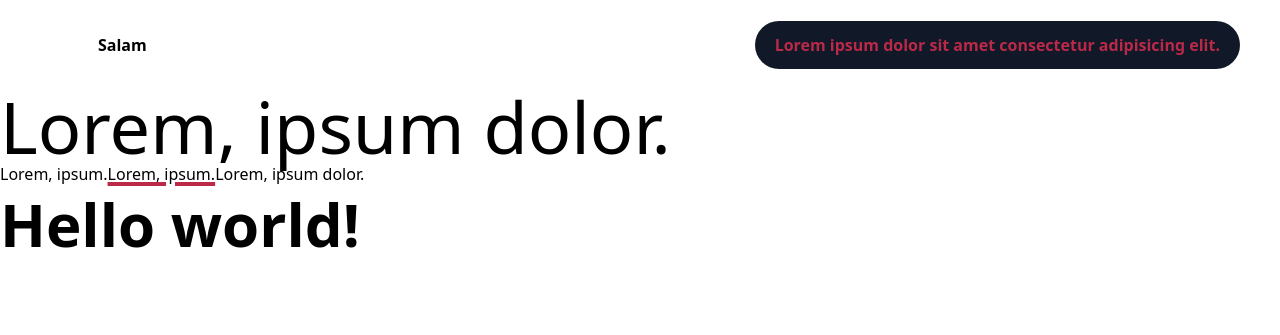
Repository: khaled-m1/Blog-Next.js
Page: /
An editor plug-in stored every save of this project. The page is shown before and after a run of saves, followed by the edit.
The browser window is 1280 px wide. The pictures show the whole page.
The project was rebuilt for these pictures with package versions that can differ from the ones it lists, and the page was loaded fresh each time. The framework's server and built-in components were replaced by stand-ins that run in the browser. Also part of the build but not shown: next.config.js.

Above is the page before, as saved 2023-01-15 23:46:18.

### app/layout.tsx
import "../styles/globals.css";

export default function RootLayout({
  children,
}: {
  children: React.ReactNode;
}) {
  return (
    <html>
      <body>{children}</body>
    </html>
  );
}

### app/(user)/layout.tsx
import { Bannar } from "../../components/Bannar";
import Header from "../../components/Header";
import "../../styles/globals.css";

export default function RootLayout({
  children,
}: {
  children: React.ReactNode;
}) {
  return (
    <html>
      <body>
        <Header />
        <Bannar />
        {children}
      </body>
    </html>
  );
}

### app/(user)/page.tsx
export default function HomePage() {
  return <h1 className="text-6xl  font-bold ">Hello world!</h1>;
}

### styles/globals.css
:root {
  --max-width: 1100px;
  --border-radius: 12px;
  --font-mono: ui-monospace, Menlo, Monaco, "Cascadia Mono", "Segoe UI Mono",
    "Roboto Mono", "Oxygen Mono", "Ubuntu Monospace", "Source Code Pro",
    "Fira Mono", "Droid Sans Mono", "Courier New", monospace;

  --foreground-rgb: 0, 0, 0;
  --background-start-rgb: 214, 219, 220;
  --background-end-rgb: 255, 255, 255;

  --primary-glow: conic-gradient(
    from 180deg at 50% 50%,
    #16abff33 0deg,
    #0885ff33 55deg,
    #54d6ff33 120deg,
    #0071ff33 160deg,
    transparent 360deg
  );
  --secondary-glow: radial-gradient(
    rgba(255, 255, 255, 1),
    rgba(255, 255, 255, 0)
  );

  --tile-start-rgb: 239, 245, 249;
  --tile-end-rgb: 228, 232, 233;
  --tile-border: conic-gradient(
    #00000080,
    #00000040,
    #00000030,
    #00000020,
    #00000010,
    #00000010,
    #00000080
  );

  --callout-rgb: 238, 240, 241;
  --callout-border-rgb: 172, 175, 176;
  --card-rgb: 180, 185, 188;
  --card-border-rgb: 131, 134, 135;
}

@media (prefers-color-scheme: dark) {
  :root {
    --foreground-rgb: 255, 255, 255;
    --background-start-rgb: 0, 0, 0;
    --background-end-rgb: 0, 0, 0;

    --primary-glow: radial-gradient(rgba(1, 65, 255, 0.4), rgba(1, 65, 255, 0));
    --secondary-glow: linear-gradient(
      to bottom right,
      rgba(1, 65, 255, 0),
      rgba(1, 65, 255, 0),
      rgba(1, 65, 255, 0.3)
    );

    --tile-start-rgb: 2, 13, 46;
    --tile-end-rgb: 2, 5, 19;
    --tile-border: conic-gradient(
      #ffffff80,
      #ffffff40,
      #ffffff30,
      #ffffff20,
      #ffffff10,
      #ffffff10,
      #ffffff80
    );

    --callout-rgb: 20, 20, 20;
    --callout-border-rgb: 108, 108, 108;
    --card-rgb: 100, 100, 100;
    --card-border-rgb: 200, 200, 200;
  }
}
* {
  box-sizing: border-box;
  padding: 0;
  margin: 0;
}

html,
body {
  max-width: 100vw;
  overflow-x: hidden;
}

/* body {
  color: rgb(var(--foreground-rgb));
  background: linear-gradient(
      to bottom,
      transparent,
      rgb(var(--background-end-rgb))
    )
    rgb(var(--background-start-rgb));
} */

a {
  color: inherit;
  text-decoration: none;
}

@media (prefers-color-scheme: dark) {
  html {
    color-scheme: dark;
  }
}

@tailwind base;
@tailwind components;
@tailwind utilities;

### components/Bannar.tsx
import React from "react";

export const Bannar = () => {
  return (
    <div>
      <div>
        <h1 className="text-7xl">Lorem, ipsum dolor.</h1>
        <h2 className="mt-5 md:mt-0">
          Lorem, ipsum.
          <span className="underline decoration-4 decoration-[#BA2948]">
            Lorem, ipsum.
          </span>
          Lorem, ipsum dolor.
        </h2>
      </div>
      <p className="mt-5 md:mt-2 text-gray-400 max-w-sm"></p>
    </div>
  );
};

### components/Header.tsx
import Image from "next/image";
import Link from "next/link";
import Logo from "../img/LOGO2.png";
import {
  BoltIcon,
  DevicePhoneMobileIcon,
  GlobeAltIcon,
  ScaleIcon,
} from "@heroicons/react/24/outline";
const Header = () => {
  const features = [
    {
      name: "Competitive exchange rates",
      description:
        "Lorem ipsum, dolor sit amet consectetur adipisicing elit. Maiores impedit perferendis suscipit eaque, iste dolor cupiditate blanditiis ratione.",
      icon: GlobeAltIcon,
    },
    {
      name: "No hidden fees",
      description:
        "Lorem ipsum, dolor sit amet consectetur adipisicing elit. Maiores impedit perferendis suscipit eaque, iste dolor cupiditate blanditiis ratione.",
      icon: ScaleIcon,
    },
    {
      name: "Transfers are instant",
      description:
        "Lorem ipsum, dolor sit amet consectetur adipisicing elit. Maiores impedit perferendis suscipit eaque, iste dolor cupiditate blanditiis ratione.",
      icon: BoltIcon,
    },
    {
      name: "Mobile notifications",
      description:
        "Lorem ipsum, dolor sit amet consectetur adipisicing elit. Maiores impedit perferendis suscipit eaque, iste dolor cupiditate blanditiis ratione.",
      icon: DevicePhoneMobileIcon,
    },
  ];
  return (
    <div className="flex items-center justify-between space-x-2 font-bold px-10 py-5">
      <div className="flex items-center space-x-2">
        <Link href="/">
          <Image
            className="rounded-full"
            src={Logo}
            width={50}
            height={50}
            alt="logo"
          />
        </Link>
        <h1>Salam</h1>
      </div>
      {/* 2 */}
      <div>
      <Link href="/" className="px-5 py-3 text-sm md:text-base bg-gray-900 text-[#BA2948] flex items-center rounded-full text-center">
          Lorem ipsum dolor sit amet consectetur adipisicing elit.
        </Link>
      </div>
    </div>
  );
};

export default Header;

Loaded but not shown: tailwind.config.js (common file)

After the next 2 saves:
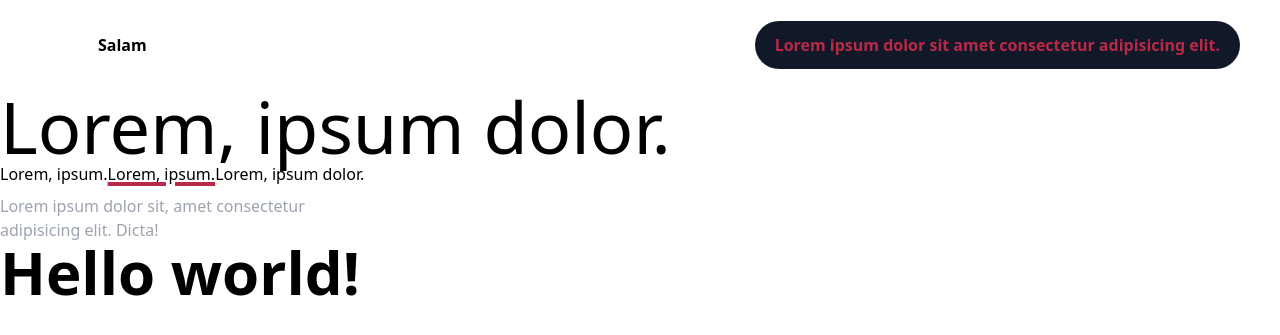
The 2 saves are shown as one change because they came seconds apart.
The last was saved 7 s later.
--- a/components/Bannar.tsx
+++ b/components/Bannar.tsx
@@ -13,7 +13,9 @@ export const Bannar = () => {
           Lorem, ipsum dolor.
         </h2>
       </div>
-      <p className="mt-5 md:mt-2 text-gray-400 max-w-sm"></p>
+      <p className="mt-5 md:mt-2 text-gray-400 max-w-sm">
+        Lorem ipsum dolor sit, amet consectetur adipisicing elit. Dicta!
+      </p>
     </div>
   );
 };
